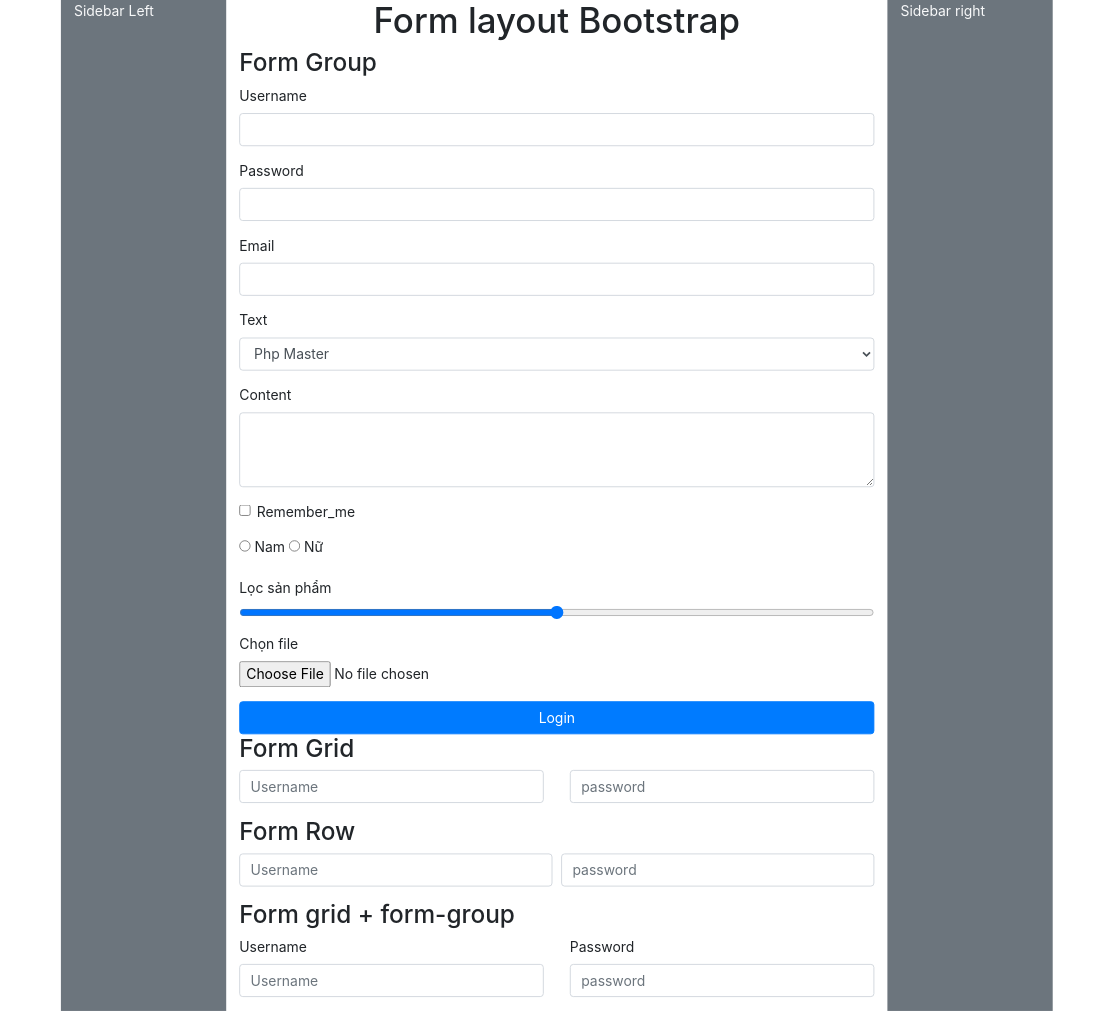
Repository: anhtu2110/front_end
Page: lesson/bootstrap/advance/5.12-form-layout.html
An editor plug-in stored every save of this project. The page is shown before and after the next save, followed by the edit.
The browser window is 1280 px wide. The pictures show the whole page, at 87% of full size.

Above is the page before, as saved 2022-12-08 18:01:32.

### lesson/bootstrap/advance/5.12-form-layout.html
<!DOCTYPE html>
<html lang="en">
  <head>
    <meta charset="UTF-8" />
    <meta http-equiv="X-UA-Compatible" content="IE=edge" />
    <meta name="viewport" content="width=device-width, initial-scale=1.0" />
    <link rel="stylesheet" href="./bootstrap/css/bootstrap.min.css" />
    <title>Form layout</title>
  </head>
  <body>
    <div class="container">
        <div class="row">
            <div class="col-md-2 bg-secondary text-light">Sidebar Left</div>
            <div class="col-md-8">
                <h1 class="text-center">Form layout Bootstrap</h1>
                <h3>Form Group</h3>
                <form action="">
                    <div class="form-group">
                      <label for="username">Username</label>
                      <input type="text" class="form-control" name="username" id="username" />
                    </div>
                    <div class="form-group">
                      <label for="password">Password</label>
                      <input type="password" class="form-control" name="password" id="password" />
                    </div>
                    <div class="form-group">
                      <label for="email">Email</label>
                      <input type="email" class="form-control" name="email" id="email" />
                    </div>
                    <div class="form-group">
                      <label for="course">Text</label>
                      <select id="course" class="form-control" name="">
                          <option>Php Master</option>
                          <option>Bootstrap</option>
                          <option>Responsive</option>
                      </select>
                    </div>
                    <div class="form-group">
                      <label for="content">Content</label>
                      <textarea id="content" class="form-control" name="" rows="3"></textarea>
                    </div>
                    <div class="form-group form-check">
                      <input type="checkbox" class="form-check-input" name="remember_me" id="remember_me" />
                      <!-- .form-check-input thêm vào với trường hợp loại chechbox  -->
                      <label for="remember_me" class="form-check-label">Remember_me</label>
                    </div>
                    <div class="form-group">
                      <input type="radio" name="gender" id="male" value="male">
                      <label for="male">Nam</label>
                      <input type="radio" name="gender" id="female" value="female">
                      <label for="female">Nữ</label>
                    </div>
                    <div class="form-group">
                      <label for="filter_product">Lọc sản phẩm</label>
                      <input id="filter_product" class="form-control-range" type="range" name="filter" min="0" max="100">
                    </div>
                    <div class="form-group">
                      <label for="choose_file">Chọn file</label>
                      <input id="choose_file" class="form-control-file" type="file" name="">
                    </div>
                    <button type="submit" class="btn btn-primary btn-block" name="">Login</button>
                  </form>
                  <h3>Form Grid</h3>
                  <form action="">
                    <div class="row">
                        <div class="col-md-6">
                            <div class="form-group">
                                <input id="username" class="form-control" type="text" name="username" placeholder="Username">
                            </div>
                        </div>
                        <div class="col-md-6">
                            <div class="form-group">
                                <input id="password" class="form-control" type="text" name="password" placeholder="password">
                            </div>
                        </div>
                    </div>
                  </form>
                  <h3>Form Row</h3>
                  <form action="">
                    <div class="form-row">
                        <!-- Khi sử dụng .form-row thì margin chỉ là 5px còn row margin 15px -->
                        <div class="col-md-6">
                            <div class="form-group">
                                <input id="username" class="form-control" type="text" name="username" placeholder="Username">
                            </div>
                        </div>
                        <div class="col-md-6">
                            <div class="form-group">
                                <input id="password" class="form-control" type="text" name="password" placeholder="password">
                            </div>
                        </div>
                    </div>
                  </form>
                  <h3>Form grid + form-group</h3>
                  <form action="">
                    <div class="row">
                        <div class="col-md-6">
                            <div class="form-group">
                                <label for="username_2">Username</label>
                                <input id="username_2" class="form-control" type="text" name="username" placeholder="Username">
                            </div>
                        </div>
                        <div class="col-md-6">
                            <div class="form-group">
                                <label for="password_2">Password</label>
                                <input id="password_2" class="form-control" type="text" name="password" placeholder="password">
                            </div>
                        </div>
                    </div>
                  </form>
            </div>
            <div class="col-md-2 bg-secondary text-light">
                Sidebar right
            </div>
        </div>
    </div>
    <script src="js/jquery-3.6.1.min.js"></script>
    <script src="js/popper.min.js"></script>
    <script src="./bootstrap/js/bootstrap.min.js"></script>
  </body>
</html>

Loaded but not shown: lesson/bootstrap/advance/bootstrap/css/bootstrap.min.css (library); lesson/bootstrap/advance/js/jquery-3.6.1.min.js (library); lesson/bootstrap/advance/js/popper.min.js (library); lesson/bootstrap/advance/bootstrap/js/bootstrap.min.js (library)

After the next save:
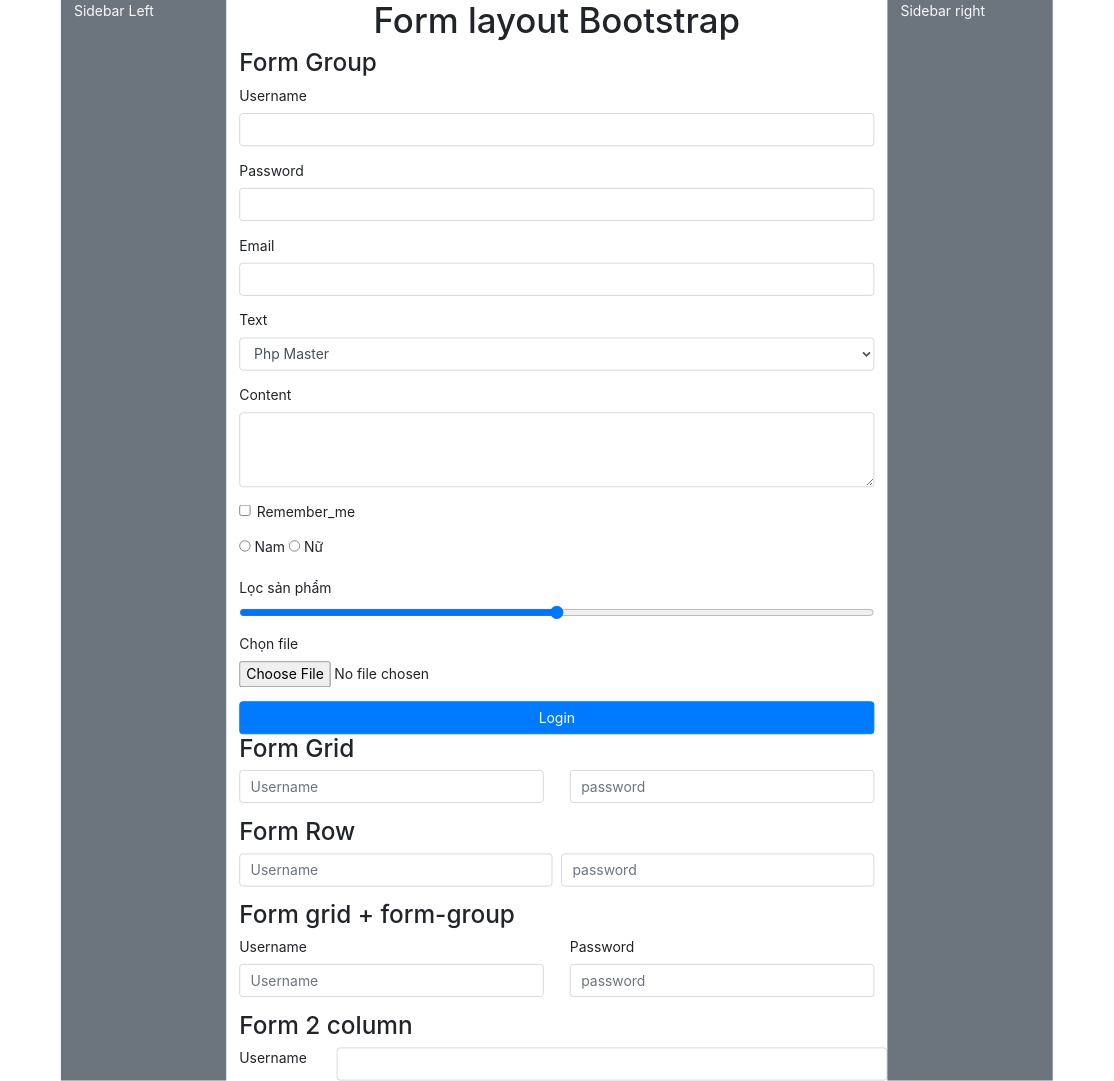
Saved 2 min 56 s later.
--- a/lesson/bootstrap/advance/5.12-form-layout.html
+++ b/lesson/bootstrap/advance/5.12-form-layout.html
@@ -108,6 +108,13 @@
                         </div>
                     </div>
                   </form>
+                  <h3>Form 2 column</h3>
+                  <form action="">
+                    <div class="row">
+                        <label for="username_3" class="col-md-2">Username</label>
+                        <input type="text" name="username_3" id="" class="form-control col-md-10">
+                    </div>
+                  </form>
             </div>
             <div class="col-md-2 bg-secondary text-light">
                 Sidebar right
